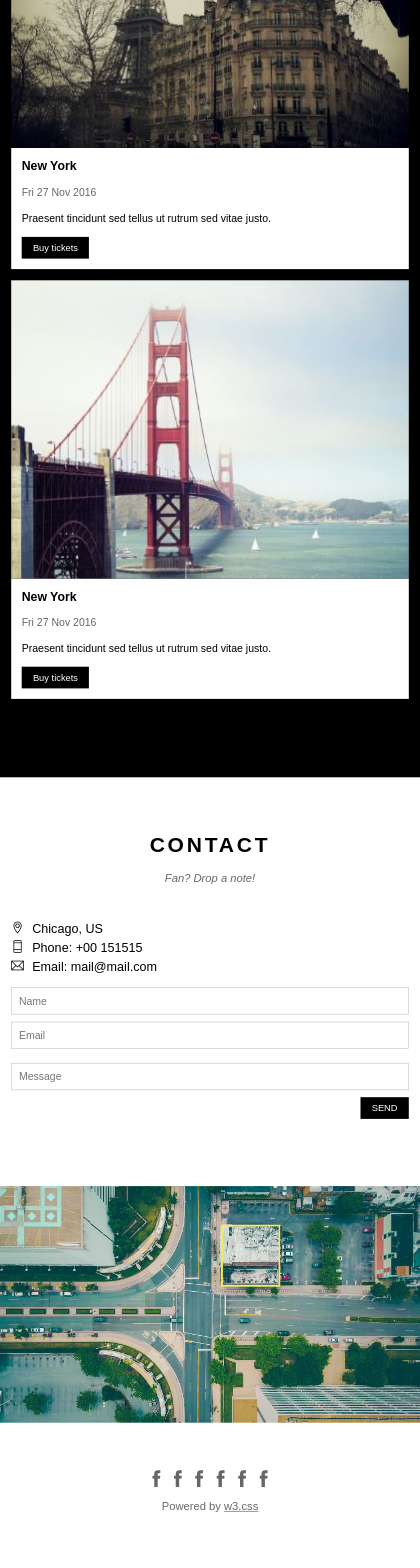
Repository: Bakyproit/the-Band
Page: index.html
An editor plug-in stored every save of this project. The page is shown before and after a run of saves, followed by the edit.
The browser window is 600 px wide. The pictures show the part of the page from y = 3299 to 5539 px (the page is 5539 px tall before and 5490 px after), at 70% of full size.

Above is the page before, as saved 2022-01-04 08:51:17.

After the next 2 saves:
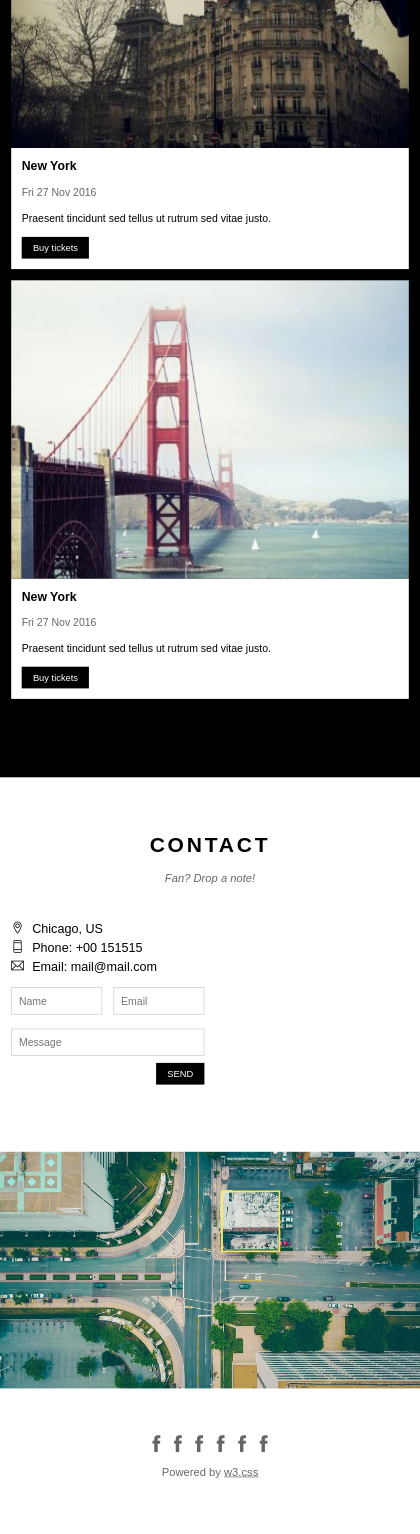
The 2 saves are shown as one change because they came seconds apart.
The last was saved 15 s later.
--- a/assets/css/reponsive.css
+++ b/assets/css/reponsive.css
@@ -2,6 +2,7 @@
 
 /* mobile */
 @media (max-width:739px) {
+    .s-
     .s-col-full{
         width: 100% !important ;
     }

After the 3 saves that followed:
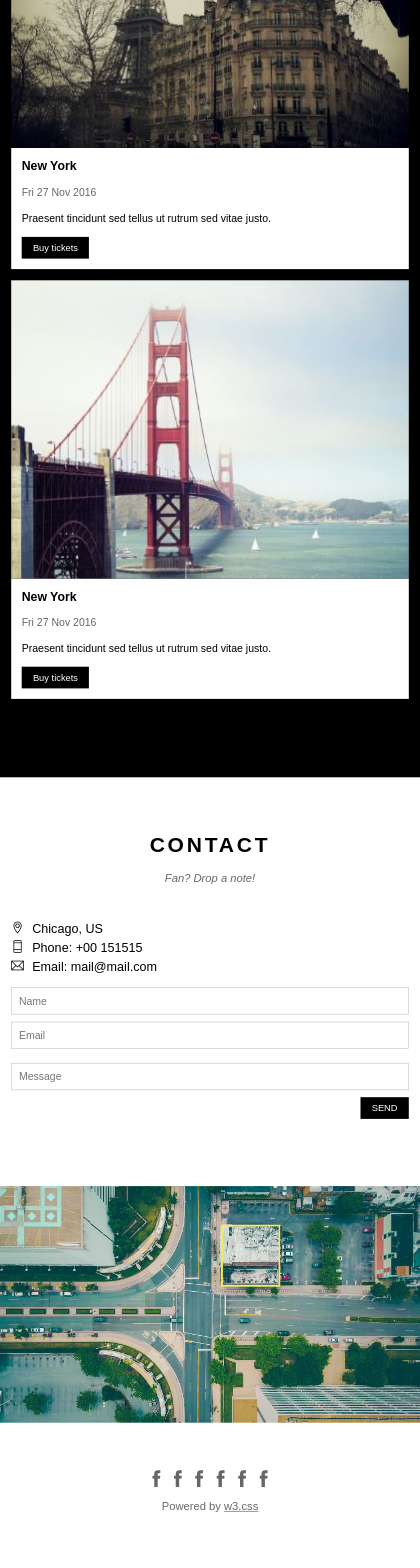
The 3 saves are shown as one change because they came seconds apart.
The last was saved 15 s later.
--- a/assets/css/reponsive.css
+++ b/assets/css/reponsive.css
@@ -2,7 +2,7 @@
 
 /* mobile */
 @media (max-width:739px) {
-    .s-
+    .s-full-width,
     .s-col-full{
         width: 100% !important ;
     }
